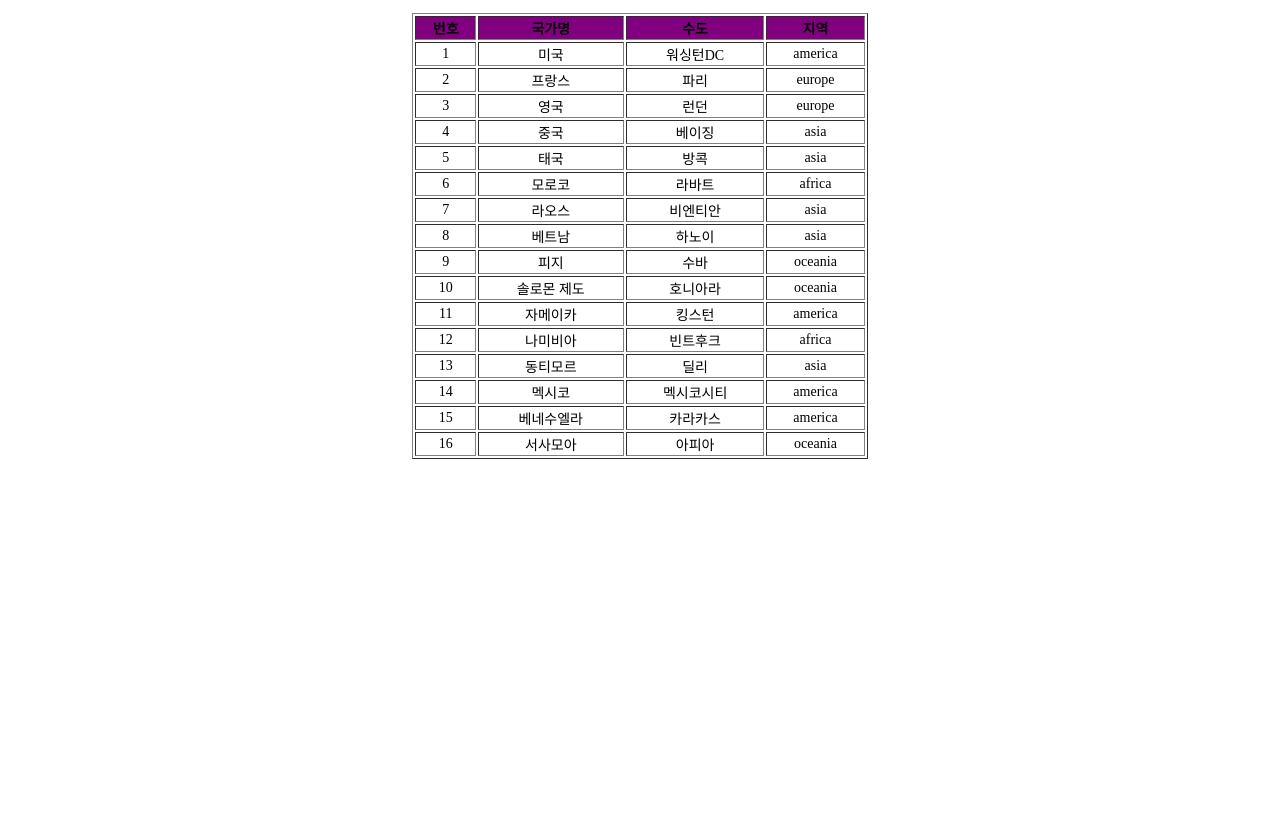
Repository: KangHoi/encore_vueWorkspace
Page: vue03_Event/WebContent/vue04_example.html
These files come from the project's save history. The page is drawn as it stood at one moment and after the next save; the edit follows.
The browser window is 1280 px wide. The pictures show the whole page.

Above is the page before, as saved 2021-07-12 02:13:38.

### vue03_Event/WebContent/vue04_example.html
<!DOCTYPE html>
<html>
<head>
<meta charset="UTF-8">
<title>Insert title here</title>
<style>
	#country{
		width: 60%;
		height: 800px;
		margin:0 auto;
		padding: 5px;
		text-align: center;
		font-size: 14px;

	}
	#tid{
		width: 60%;
		margin: 0 auto;
	}
	#th{
		background-color: purple;
		font: yellow;
		font: bold;
	}
</style>
<script src="https://cdn.jsdelivr.net/npm/vue/dist/vue.js"></script>

</head>
<body>
	<div id="country">
		<table id ="tid" border="1px">
			<thead id = "th">
				<tr>
					<th>번호</th><th>국가명</th><th>수도</th><th>지역</th>
				</tr>
			</thead>

			<tbody>
				<tr v-for="country in countries">
					<td v-html="country.no"></td>
					<td v-html="country.name"></td>
					<td v-html="country.capital"></td>
					<td v-html="country.region"></td>
				</tr>
			</tbody>
		</table>
	</div>
	<script>
	var model = {
		countries: [
			{ no: 1, name: "미국", capital: "워싱턴DC", region: "america"},
			{ no: 2, name: "프랑스", capital: "파리", region: "europe"},
			{ no: 3, name: "영국", capital: "런던", region: "europe"},
			{ no: 4, name: "중국", capital: "베이징", region: "asia"},
			{ no: 5, name: "태국", capital: "방콕", region: "asia"},
			{ no: 6, name: "모로코", capital: "라바트", region: "africa"},
			{ no: 7, name: "라오스", capital: "비엔티안", region: "asia"},
			{ no: 8, name: "베트남", capital: "하노이", region: "asia"},
			{ no: 9, name: "피지", capital: "수바", region: "oceania"},
			{ no: 10, name: "솔로몬 제도", capital: "호니아라", region: "oceania"},
			{ no: 11, name: "자메이카", capital: "킹스턴", region: "america"},
			{ no: 12, name: "나미비아", capital: "빈트후크", region: "africa"},
			{ no: 13, name: "동티모르", capital: "딜리", region: "asia"},
			{ no: 14, name: "멕시코", capital: "멕시코시티", region: "america"},
			{ no: 15, name: "베네수엘라", capital: "카라카스", region: "america"},
			{ no: 16, name: "서사모아", capital: "아피아", region: "oceania"},
		]
	}

	new Vue({
		el: '#country',
		data: model
	})
	</script>
</body>
</html>

After the next save:
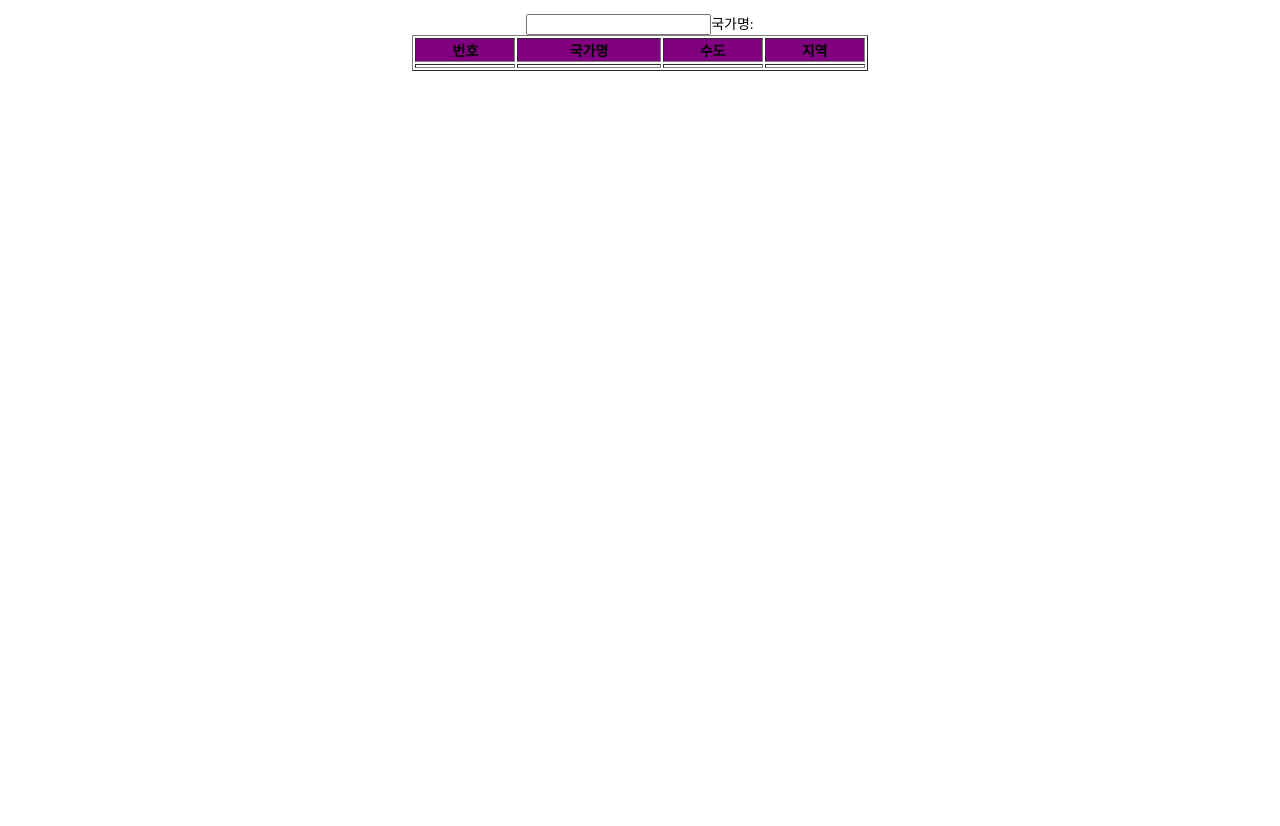
Console error: SyntaxError: Unexpected token '}'
Saved 4 min 11 s later.
--- a/vue03_Event/WebContent/vue04_example.html
+++ b/vue03_Event/WebContent/vue04_example.html
@@ -28,6 +28,7 @@
 </head>
 <body>
 	<div id="country">
+		<input v-model="findCountryByName">국가명: </input>
 		<table id ="tid" border="1px">
 			<thead id = "th">
 				<tr>
@@ -69,7 +70,12 @@
 
 	new Vue({
 		el: '#country',
-		data: model
+		data: model,
+		computed:{
+			findCountryByName : function(){
+				return this.
+			}
+		}
 	})
 	</script>
 </body>
